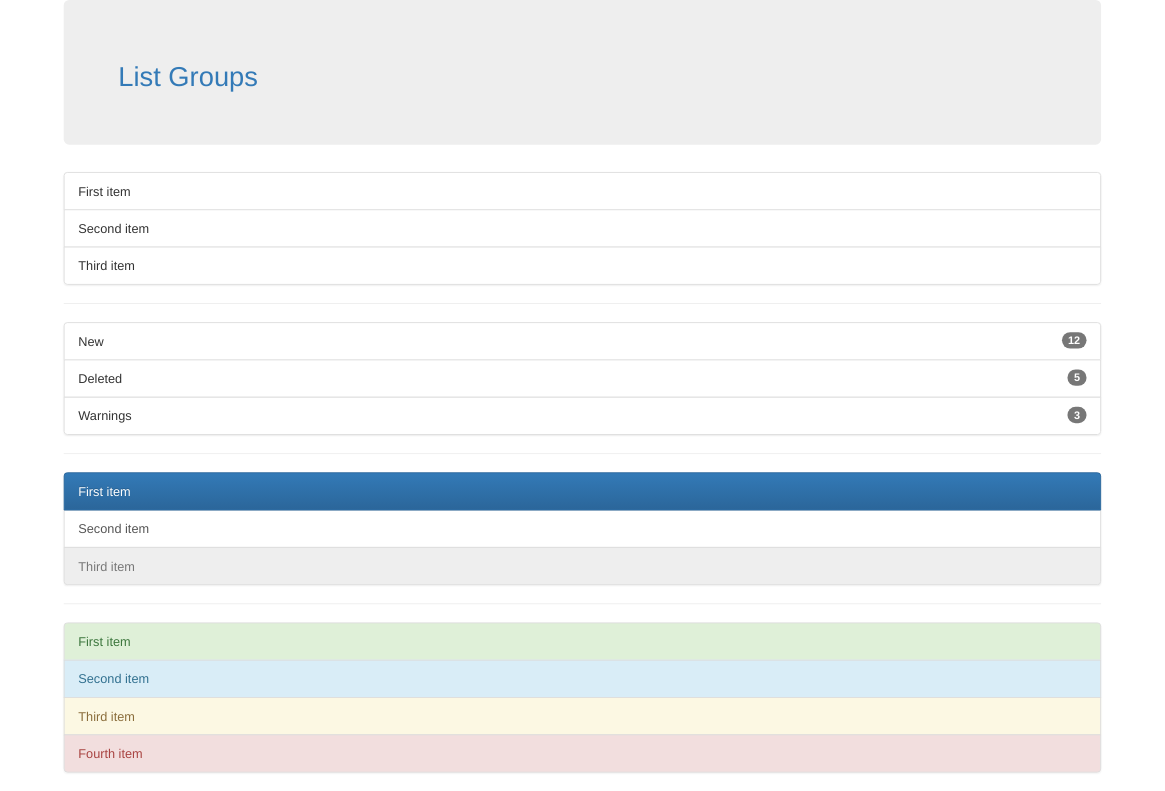
Repository: jksfoTemp/html-css-js
Page: -HTML5/bootstrap/listGroups.html
The author's editor kept a record of every edit. The page is drawn from the files as they stood at one moment, then again after the next edit.
The browser window is 1280 px wide. The pictures show the whole page, at 91% of full size.
Some web libraries are served in a nearby version.

Above is the page before.

After the next edit:
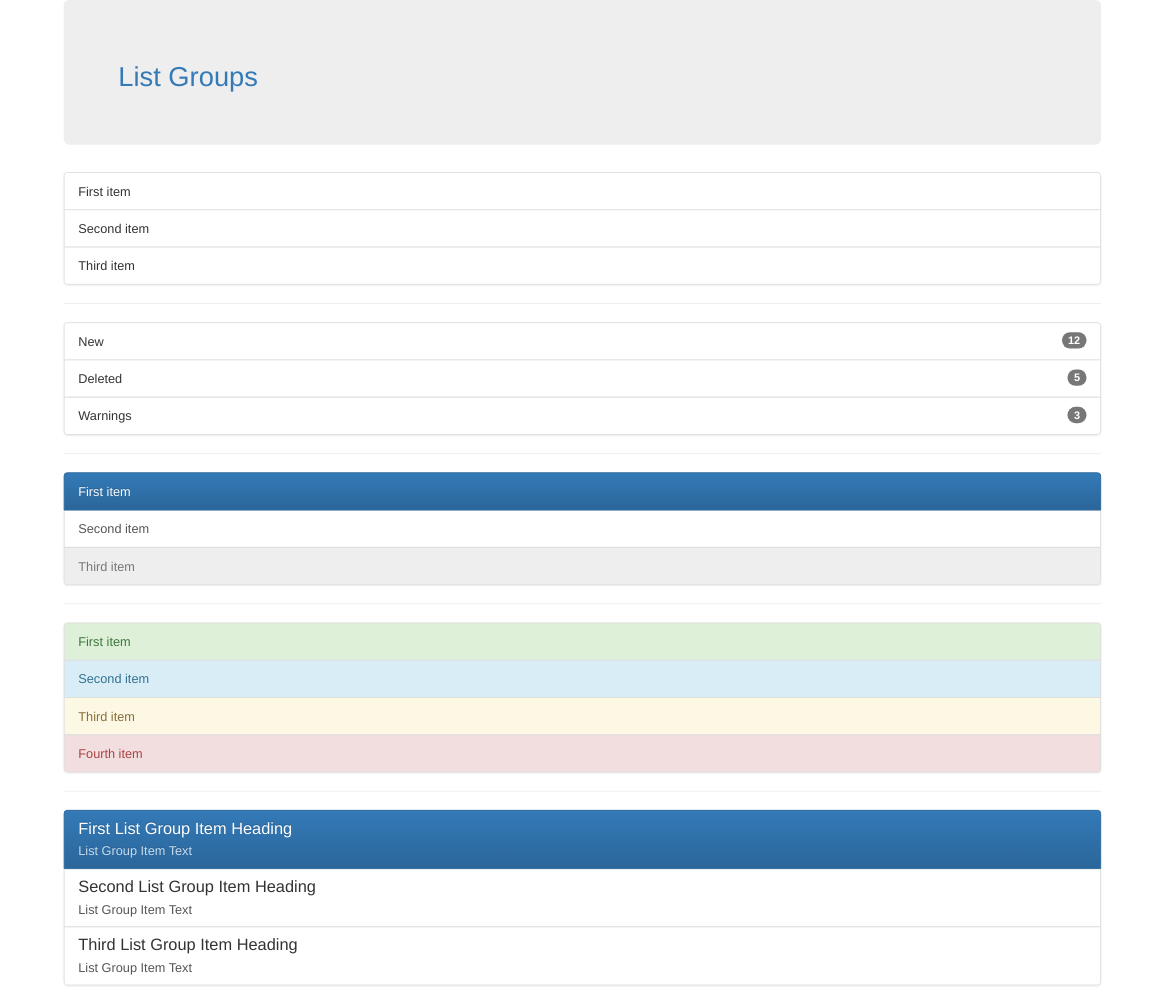
The edit:
--- a/-HTML5/bootstrap/listGroups.html
+++ b/-HTML5/bootstrap/listGroups.html
@@ -28,35 +28,53 @@
             <h2><a href="http://www.w3schools.com/bootstrap/bootstrap_list_groups.asp">List Groups</a></h2>
         </div>
 
-<ul class="list-group">
-  <li class="list-group-item">First item</li>
-  <li class="list-group-item">Second item</li>
-  <li class="list-group-item">Third item</li>
-</ul>
-<hr />
+        <ul class="list-group">
+            <li class="list-group-item">First item</li>
+            <li class="list-group-item">Second item</li>
+            <li class="list-group-item">Third item</li>
+        </ul>
+        <hr />
 
-<ul class="list-group">
-  <li class="list-group-item"><span class="badge">12</span> New</li>
-  <li class="list-group-item"><span class="badge">5</span> Deleted</li>
-  <li class="list-group-item"><span class="badge">3</span> Warnings</li>
-</ul>
-<hr />
+        <ul class="list-group">
+            <li class="list-group-item"><span class="badge">12</span> New</li>
+            <li class="list-group-item"><span class="badge">5</span> Deleted</li>
+            <li class="list-group-item"><span class="badge">3</span> Warnings</li>
+        </ul>
+        <hr />
 
-<div class="list-group">
-  <a href="#" class="list-group-item active">First item</a>
-  <a href="#" class="list-group-item">Second item</a>
-  <a href="#" class="list-group-item disabled">Third item</a>
-</div>
+        <div class="list-group">
+            <a href="#" class="list-group-item active">First item</a>
+            <a href="#" class="list-group-item">Second item</a>
+            <a href="#" class="list-group-item disabled">Third item</a>
+        </div>
 
-<hr />
+        <hr />
 
-<ul class="list-group">
-  <li class="list-group-item list-group-item-success">First item</li>
-  <li class="list-group-item list-group-item-info">Second item</li>
-  <li class="list-group-item list-group-item-warning">Third item</li>
-  <li class="list-group-item list-group-item-danger">Fourth item</li>
-</ul>
+        <ul class="list-group">
+            <li class="list-group-item list-group-item-success">First item</li>
+            <li class="list-group-item list-group-item-info">Second item</li>
+            <li class="list-group-item list-group-item-warning">Third item</li>
+            <li class="list-group-item list-group-item-danger">Fourth item</li>
+        </ul>
+
+        <hr />
+
+        <div class="list-group">
+            <a href="#" class="list-group-item active">
+                <h4 class="list-group-item-heading">First List Group Item Heading</h4>
+                <p class="list-group-item-text">List Group Item Text</p>
+            </a>
+            <a href="#" class="list-group-item">
+                <h4 class="list-group-item-heading">Second List Group Item Heading</h4>
+                <p class="list-group-item-text">List Group Item Text</p>
+            </a>
+            <a href="#" class="list-group-item">
+                <h4 class="list-group-item-heading">Third List Group Item Heading</h4>
+                <p class="list-group-item-text">List Group Item Text</p>
+            </a>
+        </div>
     </div>
+
 </body>
 
 </html>
